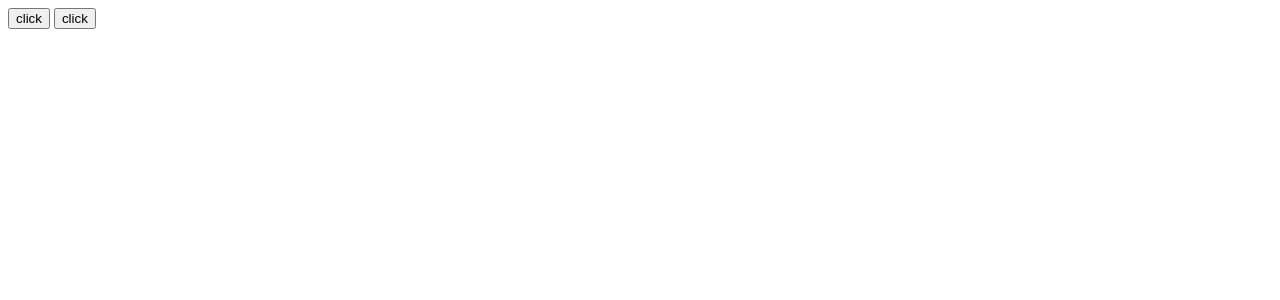
Repository: yhj4130/JsonStudy
Page: JsonApp01/WebContent/JsonTest06.html
An editor plug-in stored every save of this project. The page is shown before and after the next save, followed by the edit.
The browser window is 1280 px wide. The pictures show the whole page.

Above is the page before, as saved 2019-05-31 06:21:42.

### JsonApp01/WebContent/JsonTest06.html
<script type="text/javascript">

	var obj1 =
	{
		"test" : "abc"
	}

</script>

<form>

	<input type="button" value="click" onclick="alert(typeof obj1)">

	<input type="button" value="click" onclick="alert(obj1.test)">

</form>

After the next save:
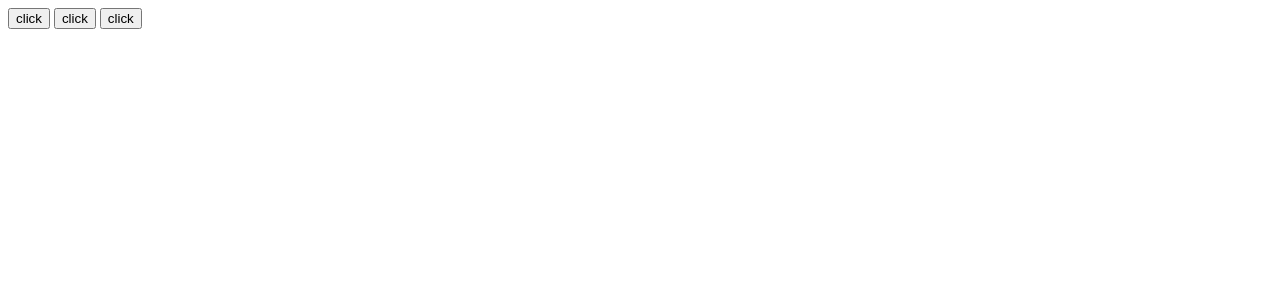
Saved 16 s later.
--- a/JsonApp01/WebContent/JsonTest06.html
+++ b/JsonApp01/WebContent/JsonTest06.html
@@ -9,6 +9,7 @@
 
 <form>
 
+	<input type="button" value="click" onclick="alert(obj1)">
 	<input type="button" value="click" onclick="alert(typeof obj1)">
 
 	<input type="button" value="click" onclick="alert(obj1.test)">
